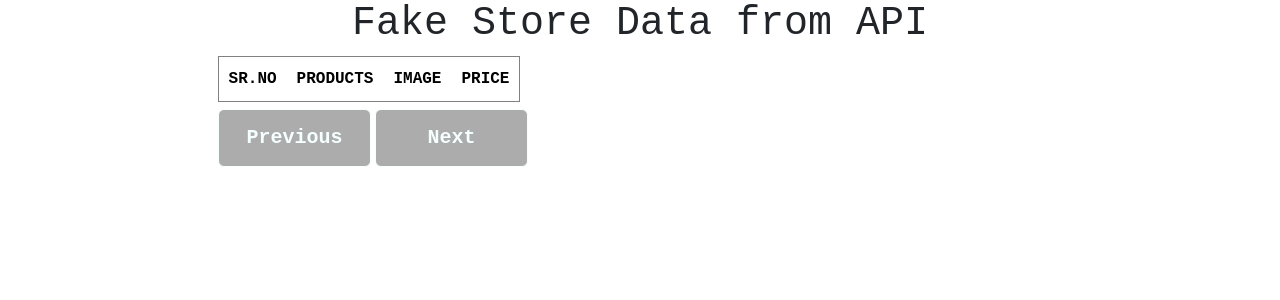
Repository: nisarg-patel612/Node_Integration_With_Frontend
Page: / (app in Frontend/FakeStore-API/)
The author's editor kept a copy of each file at every save. The page is drawn from the files as they stood at one save, then again after the next save.
The browser window is 1280 px wide. The pictures show the whole page.
The page's requests for data from a server got no answer. The project was rebuilt for these pictures with package versions that can differ from the ones it lists, and the page was loaded fresh each time. No one was signed in, and anything a server would have sent is missing. Also part of the build but not shown: Frontend/FakeStore-API/vite.config.js, Frontend/FakeStore-API/src/index.css.

Above is the page before, as saved 2025-04-30 11:16:59.

After the next save:
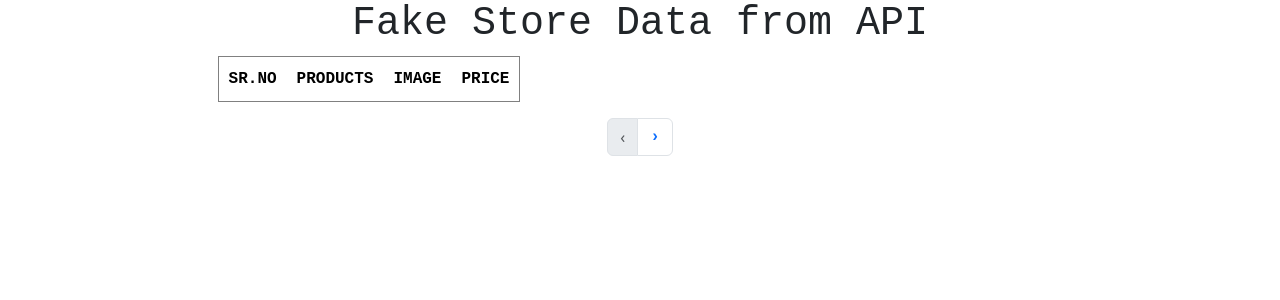
Saved 33 s later.
--- a/Frontend/FakeStore-API/src/Components/Fake_Store_API.jsx
+++ b/Frontend/FakeStore-API/src/Components/Fake_Store_API.jsx
@@ -1,5 +1,6 @@
 import React, { useState, useEffect } from 'react';
 import axios from 'axios';
+import { Pagination } from 'react-bootstrap';
 
 const FakeStoreAPi = () => {
     const [products, setProducts] = useState([]);
@@ -16,9 +17,11 @@ const FakeStoreAPi = () => {
     const indexOfFirstItem = indexOfLastItem - itemsPerPage;
     const currentItems = products.slice(indexOfFirstItem, indexOfLastItem);
 
+    const totalPages = Math.ceil(products.length / itemsPerPage);
+
     return (
         <div className='fakestore-api-main'>
-            <h1 style={{textAlign: 'center'}}>Fake Store Data from API</h1>
+            <h1 style={{ textAlign: 'center' }}>Fake Store Data from API</h1>
             <table border="1" cellPadding="10px" cellSpacing="2px">
                 <thead>
                     <tr>
@@ -39,8 +42,28 @@ const FakeStoreAPi = () => {
                     ))}
                 </tbody>
             </table>
-            <button className='btn btn-click' disabled={currentPage === 1} onClick={() => setCurrentPage(currentPage - 1)}>Previous</button>
-            <button className='btn btn-click' disabled={indexOfLastItem >= products.length} onClick={() => setCurrentPage(currentPage + 1)}>Next</button>
+
+            <div className='d-flex justify-content-center mt-3'>
+                <Pagination>
+                    <Pagination.Prev
+                        onClick={() => setCurrentPage(prev => prev - 1)}
+                        disabled={currentPage === 1}
+                    />
+                    {[...Array(totalPages)].map((_, index) => (
+                        <Pagination.Item
+                            key={index + 1}
+                            active={index + 1 === currentPage}
+                            onClick={() => setCurrentPage(index + 1)}
+                        >
+                            {index + 1}
+                        </Pagination.Item>
+                    ))}
+                    <Pagination.Next
+                        onClick={() => setCurrentPage(prev => prev + 1)}
+                        disabled={currentPage === totalPages}
+                    />
+                </Pagination>
+            </div>
         </div>
     );
 };
